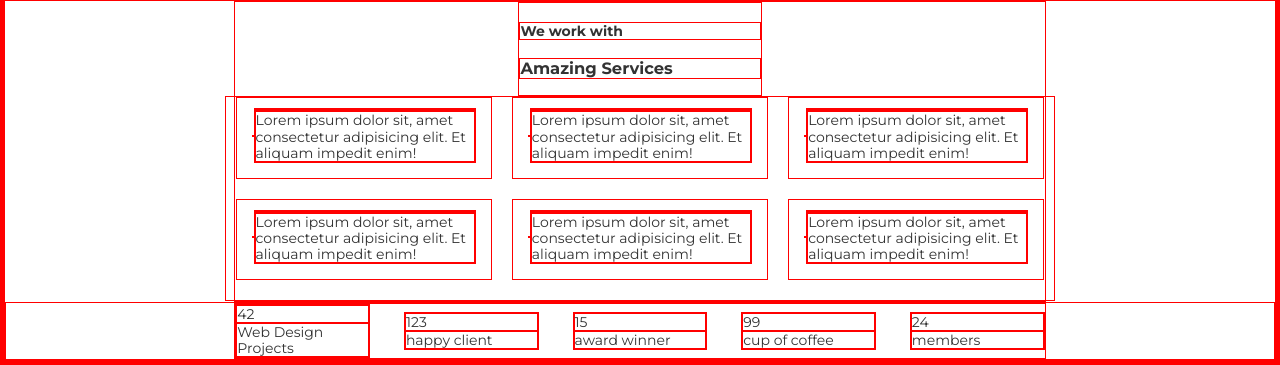
Repository: nataliiasaltan/Homework
Page: index.html
These files come from the project's save history. The page is drawn as it stood at one moment and after the next save; the edit follows.
The browser window is 1280 px wide. The pictures show the part of the page from y = 901 to 1416 px (the page is 1266 px tall before and 1416 px after).

Above is the page before, as saved 2020-02-27 08:43:53.

After the next save:
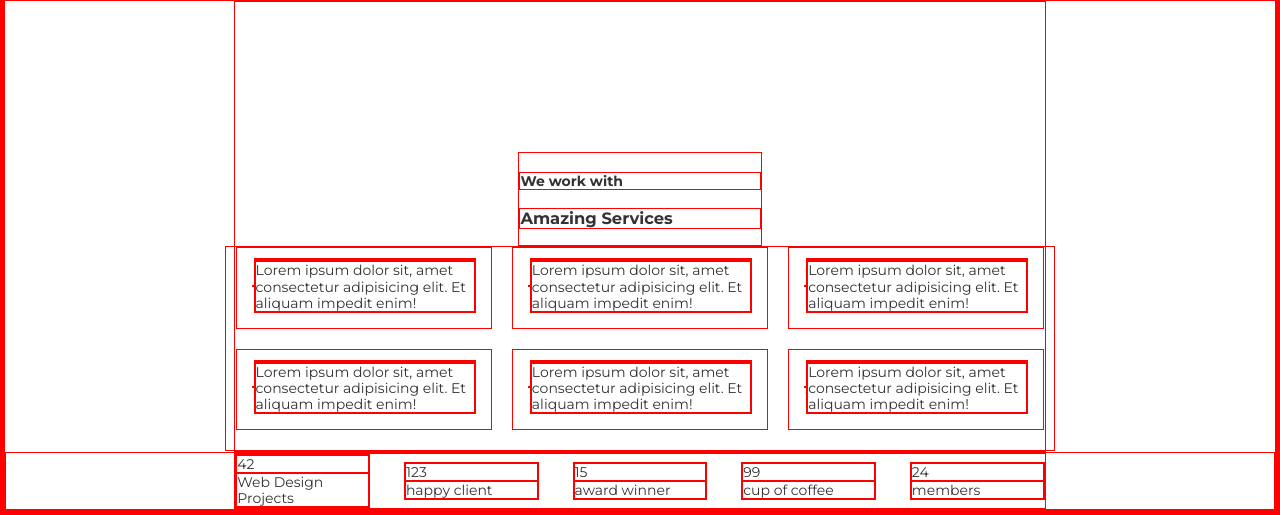
Saved 92 min 38 s later.
--- a/css/style.css
+++ b/css/style.css
@@ -172,7 +172,7 @@ header{
 
 .title-holder{
     max-width: 30%;
-    margin: 0 auto;
+    margin: 150px auto 0;
     position: relative;
 }
 
